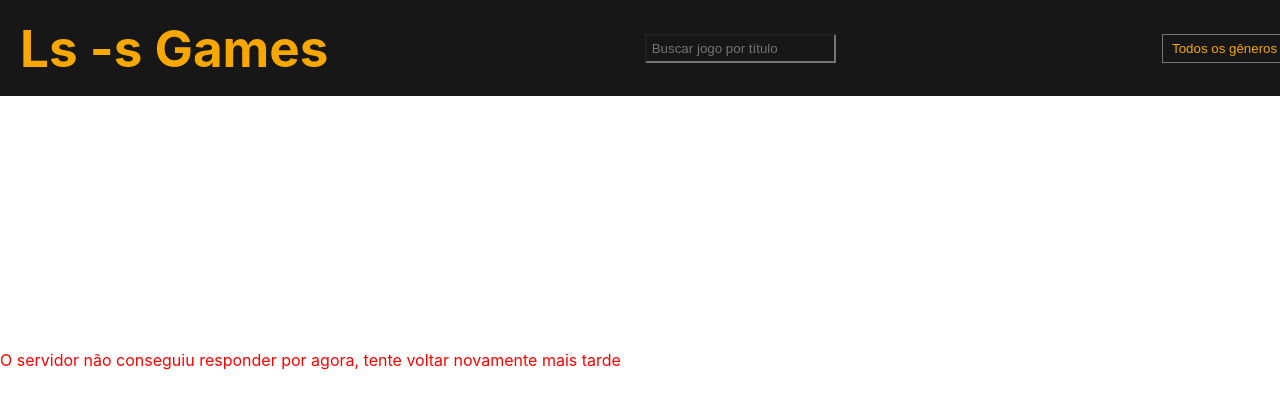
Repository: nlemuel/games-front-test
Page: /
These files come from the project's save history. The page is drawn as it stood at one moment and after the next save; the edit follows.
The browser window is 1280 px wide. The pictures show the whole page.
The page's requests for data from a server got no answer. The project was rebuilt for these pictures with package versions that can differ from the ones it lists, and the page was loaded fresh each time. No one was signed in, and anything a server would have sent is missing. Also part of the build but not shown: vite.config.ts.

Above is the page before, as saved 2023-06-25 17:25:03.

### src/App.tsx
import React from 'react';
import Home from './pages/Home';

const App: React.FC = () => {
  return <Home />;
};

export default App;

### src/index.css
:root {
  font-family: Inter, system-ui, Avenir, Helvetica, Arial, sans-serif;
  line-height: 1.5;
  font-weight: 400;

  color-scheme: light dark;
  color: rgba(255, 255, 255, 0.87);
  background-color: #171617;

  font-synthesis: none;
  text-rendering: optimizeLegibility;
  -webkit-font-smoothing: antialiased;
  -moz-osx-font-smoothing: grayscale;
  -webkit-text-size-adjust: 100%;
}

a {
  font-weight: 500;
  color: #646cff;
  text-decoration: inherit;
}
a:hover {
  color: #535bf2;
}

body {
  margin: 0;
  display: flex;
  place-items: center;
  min-width: 320px;
  min-height: 100vh;
}

h1 {
  font-size: 3.2em;
  line-height: 1.1;
}

button {
  border-radius: 8px;
  border: 1px solid transparent;
  padding: 0.6em 1.2em;
  font-size: 1em;
  font-weight: 500;
  font-family: inherit;
  background-color: #1a1a1a;
  cursor: pointer;
  transition: border-color 0.25s;
}
button:hover {
  border-color: #646cff;
}
button:focus,
button:focus-visible {
  outline: 4px auto -webkit-focus-ring-color;
}

@media (prefers-color-scheme: light) {
  :root {
    color: #213547;
    background-color: #ffffff;
  }
  a:hover {
    color: #747bff;
  }
  button {
    background-color: #f9f9f9;
  }
}

### src/pages/Home.tsx
import React, { useState, useEffect } from 'react';
import Container from '../components/Container/styles';
import Card from '../components/Card/styles';
import Title from '../components/Title/styles';
import Image from '../components/Image/styles';
import ErrorMessage from '../components/ErrorMessage/styles';
import Loader from '../components/Loader/styles';
import Header from '../components/Header';

import { fetchGames } from '../api/api';
import DescriptionText from '../components/Description/styles';

interface Game {
  id: number;
  title: string;
  genre: string;
  thumbnail: string;
  short_description: string;
}

const Home: React.FC = () => {
  const [loading, setLoading] = useState<boolean>(true);
  const [error, setError] = useState<string>('');
  const [games, setGames] = useState<Game[]>([]);
  const [searchTerm, setSearchTerm] = useState<string>('');
  const [selectedGenre, setSelectedGenre] = useState<string>('');
  const [genres, setGenres] = useState<string[]>([]);

  useEffect(() => {
    const fetchData = async () => {
      try {
        setLoading(true);
        setError('');

        const fetchedGames = await fetchGames();
        setGames(fetchedGames);

        const uniqueGenres = [...new Set(fetchedGames.map((game) => game.genre))];
        setGenres(uniqueGenres);
      } catch (error: any) {
        setError(error.message);
      } finally {
        setLoading(false);
      }
    };

    fetchData();
  }, []);

  const handleSearch = (event: React.ChangeEvent<HTMLInputElement>) => {
    setSearchTerm(event.target.value);
  };

  const handleGenreChange = (event: React.ChangeEvent<HTMLSelectElement>) => {
    setSelectedGenre(event.target.value);
  };

  const filteredGames = games.filter((game) =>
    game.title.toLowerCase().includes(searchTerm.toLowerCase())
  );

  const filteredGamesByGenre = selectedGenre
    ? filteredGames.filter((game) => game.genre === selectedGenre)
    : filteredGames;

  return (
    <div>
      <Header
        setSearchTerm={handleSearch}
        selectedGenre={selectedGenre}
        handleGenreChange={handleGenreChange}
        genres={genres}
      />

      {loading ? (
        <Loader>Carregando...</Loader>
      ) : (
        <Container>
          {filteredGamesByGenre.map((game) => (
            <Card key={game.id}>
              <Title>{game.title}</Title>
              <Image src={game.thumbnail} alt={game.title} />
              <DescriptionText>{game.short_description}</DescriptionText>
            </Card>
          ))}
        </Container>
      )}

      {error && <ErrorMessage>{error}</ErrorMessage>}
    </div>
  );
};

export default Home;

### src/components/Container/styles.tsx
import styled from 'styled-components';

const Container = styled.div`
  display: flex;
  flex-wrap: wrap;
  justify-content: center;
`;

export default Container;

### src/components/Card/styles.tsx
import styled from 'styled-components';

const Card = styled.div`
  flex: 0 0 30%;
  margin: 10px;
  padding: 10px;
  background-color: #161716;
  border-radius: 5px;
  margin-top: 5rem;

  border: 1px solid;
`;

export default Card;

### src/components/Title/styles.tsx
import styled from 'styled-components';

const Title = styled.h3`
  color: #f6a700;
  margin: 0;
`;

export default Title;

### src/components/Image/styles.tsx
import styled from 'styled-components';

const Image = styled.img`
  width: 100%;
  height: auto;
  margin-bottom: 10px;
`;

export default Image;

### src/components/ErrorMessage/styles.tsx
import styled from 'styled-components';

const ErrorMessage = styled.p`
  color: red;
`;

export default ErrorMessage;

### src/components/Loader/styles.tsx
import styled from 'styled-components';

const Loader = styled.div`
  display: flex;
  justify-content: center;
  align-items: center;
  height: 200px;
  font-size: 24px;
`;

export default Loader;

### src/components/Header/index.tsx
import React from 'react';
import styled from 'styled-components';

const HeaderContainer = styled.header`
  background-color: #161716;
  padding: 20px;
  position: fixed;
  top: 0;
  width: 100%;
  z-index: 9999;
  display: flex;
  align-items: center;
  justify-content: space-between;
`;

const Title = styled.h1`
  color: #f6a700;
  margin: 0;
`;

const SearchBar = styled.input`
  padding: 5px;
  background-color: #161716;
  color: #f6a700;
  margin-right: 10px;
`;

const GenreFilter = styled.select`
  padding: 5px;
  background-color: #161716;
  color: #f6a700;
`;

interface HeaderProps {
  setSearchTerm: (event: React.ChangeEvent<HTMLInputElement>) => void;
  selectedGenre: string;
  handleGenreChange: (event: React.ChangeEvent<HTMLSelectElement>) => void;
  genres: string[];
}

const Header: React.FC<HeaderProps> = ({
  setSearchTerm,
  selectedGenre,
  handleGenreChange,
  genres,
}) => {
  const handleSearch = (event: React.ChangeEvent<HTMLInputElement>) => {
    setSearchTerm(event); // Ajuste aqui para passar o evento diretamente
  };

  return (
    <HeaderContainer>
      <Title>Ls -s Games</Title>
      <SearchBar
        type="text"
        placeholder="Buscar jogo por título"
        onChange={handleSearch}
      />
      <GenreFilter value={selectedGenre} onChange={handleGenreChange}>
        <option value="">Todos os gêneros</option>
        {genres.map((genre) => (
          <option key={genre} value={genre}>
            {genre}
          </option>
        ))}
      </GenreFilter>
    </HeaderContainer>
  );
};

export default Header;

### src/api/api.ts
import axios, { AxiosResponse } from 'axios';

interface Game {
  id: number;
  title: string;
  genre: string;
  thumbnail: string;
  short_description: string;
}

const API_URL = 'https://games-test-api-81e9fb0d564a.herokuapp.com/api/data/';

const fetchGames = async (): Promise<Game[]> => {
  try {
    const config = {
      headers: {
        'dev-email-address': 'lemuelayres@gmail.com'
      },
    };

    const response: AxiosResponse<Game[]> = await axios.get(API_URL, config);
    return response.data;
  } catch (error: any) {
    if (error.response && error.response.status >= 500 && error.response.status <= 509) {
      throw new Error('O servidor falhou em responder, tente recarregar a página');
    } else {
      throw new Error('O servidor não conseguiu responder por agora, tente voltar novamente mais tarde');
    }
  }
};

export { fetchGames };

### src/components/Description/styles.tsx
import styled from 'styled-components';

const DescriptionText = styled.p`
  color: #ffffff;
`;

export default DescriptionText;

Loaded but not shown: index.html (common file); src/main.tsx (common file)

After the next save:
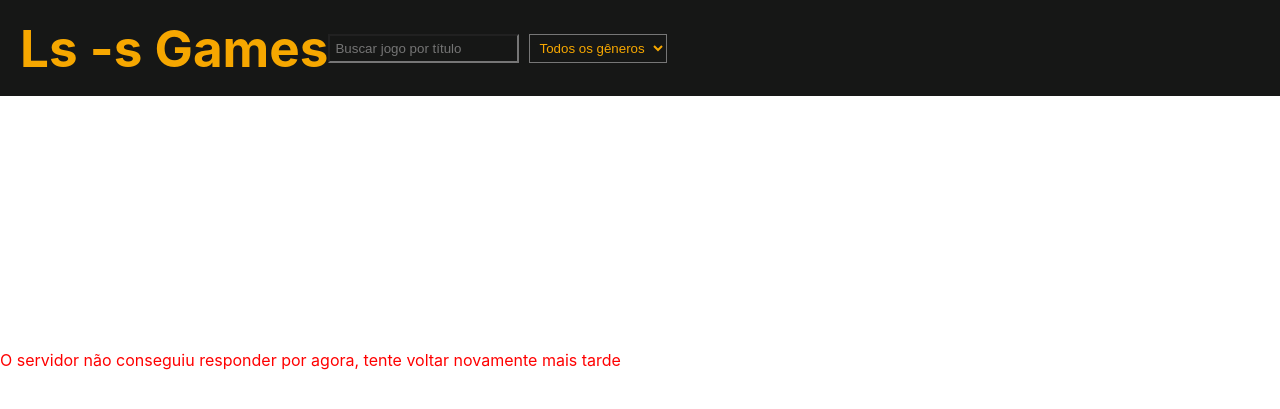
Saved 89 s later.
--- a/src/components/Header/index.tsx
+++ b/src/components/Header/index.tsx
@@ -10,7 +10,7 @@ const HeaderContainer = styled.header`
   z-index: 9999;
   display: flex;
   align-items: center;
-  justify-content: space-between;
+
 `;
 
 const Title = styled.h1`
@@ -51,6 +51,7 @@ const Header: React.FC<HeaderProps> = ({
   return (
     <HeaderContainer>
       <Title>Ls -s Games</Title>
+      <div>
       <SearchBar
         type="text"
         placeholder="Buscar jogo por título"
@@ -64,6 +65,7 @@ const Header: React.FC<HeaderProps> = ({
           </option>
         ))}
       </GenreFilter>
+      </div>
     </HeaderContainer>
   );
 };
